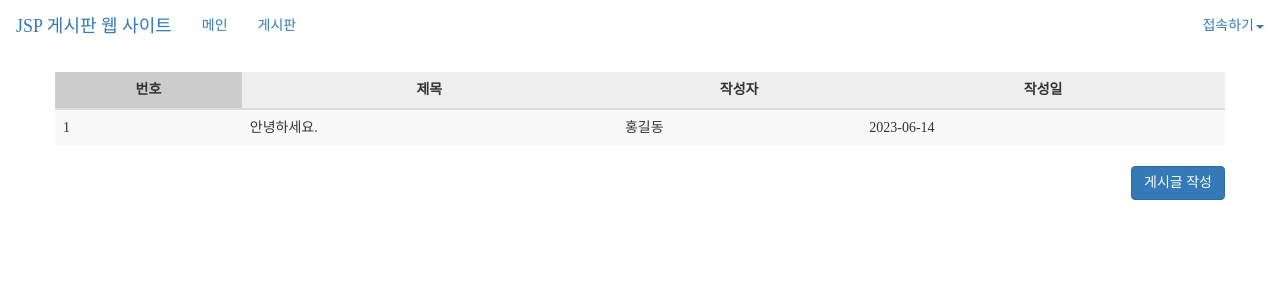
Repository: LeeJaeweon/Project
Page: http://localhost/BBS/bbs.jsp
The author's editor kept a copy of each file at every save. The page is drawn from the files as they stood at one save, then again after the next save.
The browser window is 1280 px wide. The pictures show the whole page.
Some web fonts or font styles are not loaded; a fallback is used. Some web libraries are served in a nearby version. The page is served by Tomcat 9. Other server files are loaded and not shown.

Above is the page before, as saved 2023-06-15 01:51:17.

### BBS/src/main/webapp/bbs.jsp
<%@ page language="java" contentType="text/html; charset=UTF-8"
    pageEncoding="UTF-8"%>
<%@ page import="java.io.PrintWriter" %>
<!DOCTYPE html>
<html>
<head>
<meta http-equiv="Content-Type" content="text/html; charset=UTF-8">
<meta name="viewport" content="width=device-width", initial-scale="1">
<link rel="stylesheet" href="css/bootstrap.css">
<link rel="stylesheet" href="css/custom.css">
<title>JSP 게시판 웹 사이트</title>
</head>
<body>
	<%
		String userID = null;
		if (session.getAttribute("userID") != null) {
			userID = (String) session.getAttribute("userID");
		}
	%>
	<nav class="navbar navbar=default">
		<div class="navbar-header">
			<button type="button" class="navbar-toggle collapsed"
				data-toggle="collapse" data-target="#bs-example-navbar-collapse-1"
				aria-expanded="false">
				<span class="icon-bar"></span>
				<span class="icon-bar"></span>
				<span class="icon-bar"></span>
			</button>
			<a class="navbar-brand" href="main.jsp">JSP 게시판 웹 사이트</a>
		</div>
		<div class="collapse navbar-collapse" id="bs-example-navbar-collapse-1">
			<ul class="nav navbar-nav">
				<li><a href="main.jsp">메인</a></li>
				<li class="active"><a href="bbs.jsp">게시판</a></li>
			</ul>
			<%
				if(userID == null) {
			%>
			<ul class="nav navbar-nav navbar-right">
				<li class="dropdown">
					<a href="#" class="dropdown-toggle"
						data-toggle="dropdown" role="button" aria-haspopup="true"
						aria-expanded="false">접속하기<span class="caret"></span></a>
					<ul class="dropdown-menu">
						<li><a href="login.jsp">로그인</a></li>
						<li><a href="join.jsp">회원가입</a></li>
					</ul>
				</li>
			</ul>
			<%
				} else {
			%>
			<ul class="nav navbar-nav navbar-right">
				<li class="dropdown">
					<a href="#" class="dropdown-toggle"
						data-toggle="dropdown" role="button" aria-haspopup="true"
						aria-expanded="false">회원관리<span class="caret"></span></a>
					<ul class="dropdown-menu">
						<li><a href="logoutAction.jsp">로그아웃</a></li>
					</ul>
				</li>
			</ul>
			<%
				}
			%>
		</div>
	</nav>
	<div class="container">
		<div class="row">
			<table class="table table-striped" style="text-align: border: 1px solid #dddddd">
				<thead>
					<tr>
						<th style="background-color: #cccccc; text-align: center;">번호</th>
						<th style="background-color: #eeeeee; text-align: center;">제목</th>
						<th style="background-color: #eeeeee; text-align: center;">작성자</th>
						<th style="background-color: #eeeeee; text-align: center;">작성일</th>
					</tr>
				</thead>
				<tbody>
					<tr>
						<td>1</td>
						<td>안녕하세요.</td>
						<td>홍길동</td>
						<td>2023-06-14</td>
					</tr>
				</tbody>
			</table>
			<a href="write.jsp" class="btn btn-primary pull-right">게시글 작성</a>
		</div>
	</div>
	<script src="http://code.jquery.com/jquery-3.1.1.min.js"></script>
	<script src="js/bootstrap.js"></script>
</body>
</html>

### BBS/src/main/webapp/css/custom.css
@import url(http://fonts.googleapis.com/earlyaccess/nanumgothic.css);
@import url(http://fonts.googleapis.com/earlyaccess/hanna.css);
* {
	font-family:  'Nanum Gothic';
}
h1 {
	font-family: 'Hanna';
}

Loaded but not shown: BBS/src/main/webapp/css/bootstrap.css (library); BBS/src/main/webapp/js/bootstrap.js (library)

After the next save:
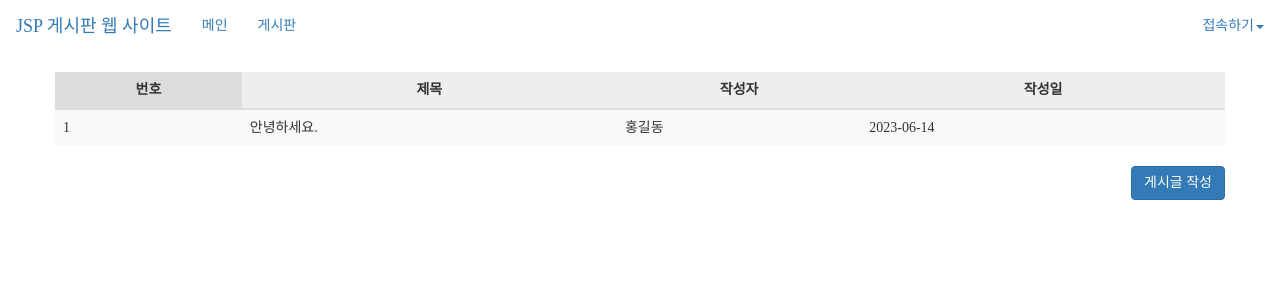
Saved 6 s later.
--- a/BBS/src/main/webapp/bbs.jsp
+++ b/BBS/src/main/webapp/bbs.jsp
@@ -70,7 +70,7 @@
 			<table class="table table-striped" style="text-align: border: 1px solid #dddddd">
 				<thead>
 					<tr>
-						<th style="background-color: #cccccc; text-align: center;">번호</th>
+						<th style="background-color: #dddddd; text-align: center;">번호</th>
 						<th style="background-color: #eeeeee; text-align: center;">제목</th>
 						<th style="background-color: #eeeeee; text-align: center;">작성자</th>
 						<th style="background-color: #eeeeee; text-align: center;">작성일</th>
